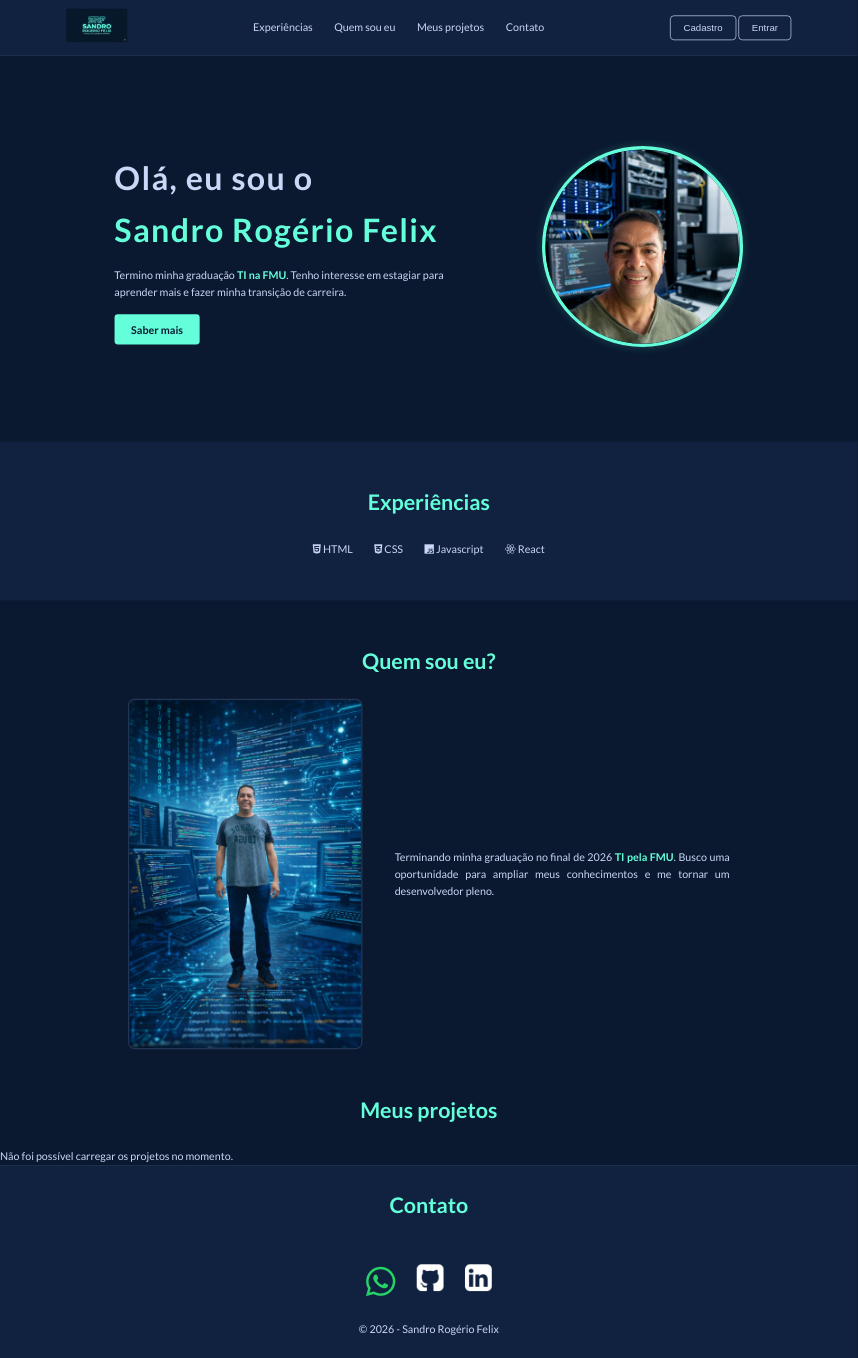
Repository: Sandro1969-tech/portifolio-Sandro
Page: index.html
These files come from the project's save history. The page is drawn as it stood at one moment and after the next save; the edit follows.
The browser window is 1280 px wide. The pictures show the whole page, at 67% of full size.
The page's requests for data from a server got no answer.

Above is the page before, as saved 2026-07-20 18:00:31.

After the next save:
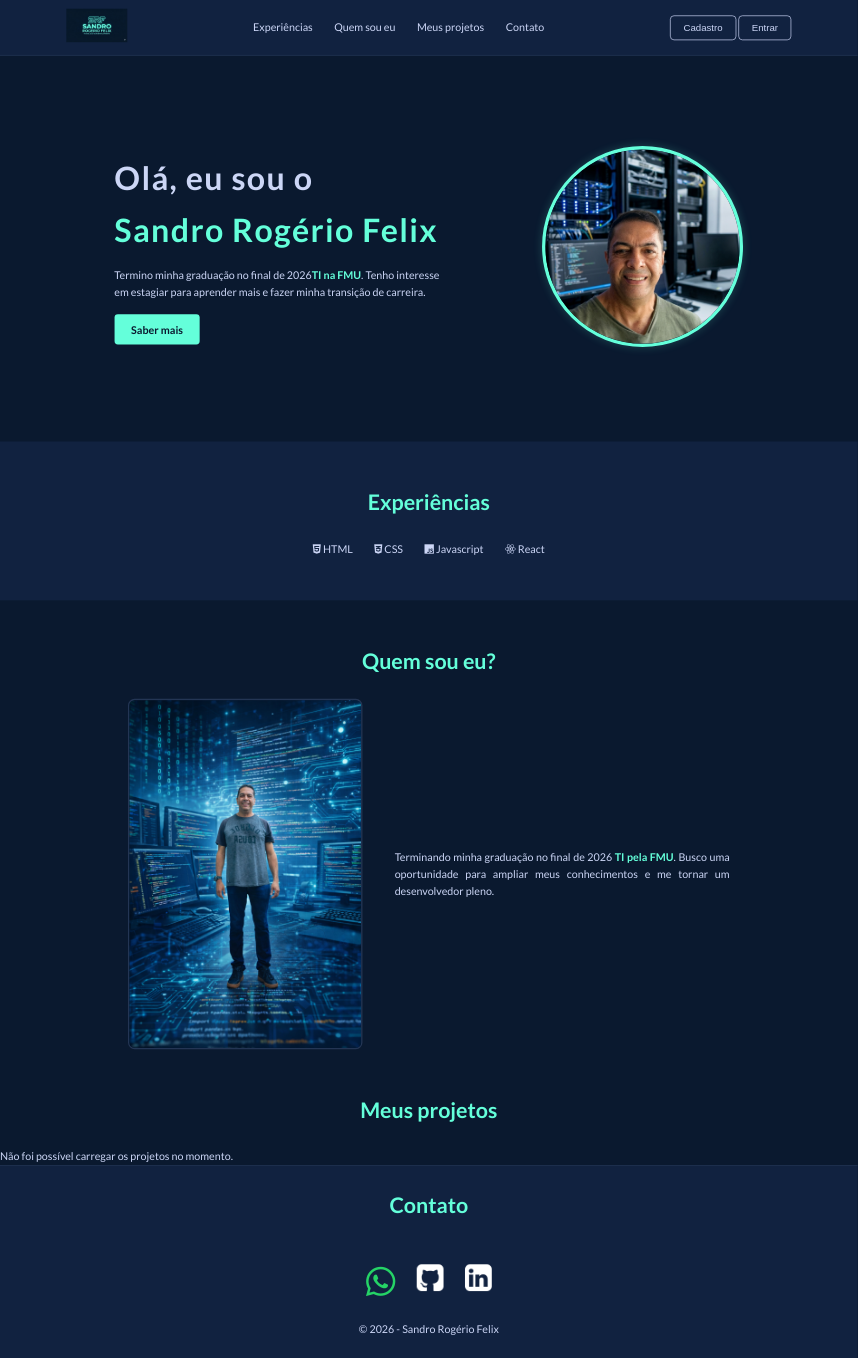
Saved 4 s later.
--- a/index.html
+++ b/index.html
@@ -29,7 +29,7 @@
             <div class="box-text-main">
                 <h1>Olá, eu sou o<br /><strong>Sandro Rogério Felix</strong></h1>
                 <p>
-                    Termino minha graduação <strong>TI na FMU</strong>. Tenho interesse em estagiar para
+                    Termino minha graduação no final de 2026<strong>TI na FMU</strong>. Tenho interesse em estagiar para
                     aprender mais e fazer minha transição de carreira.
                 </p>
                 <a href="#contact" class="link-action">Saber mais</a>
